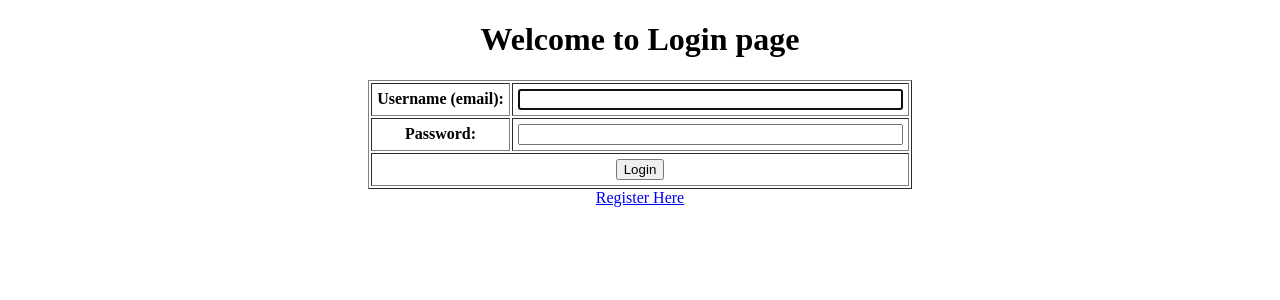
Repository: jrule5960/Tree-Cutting-Database
Page: http://localhost/database/
An editor plug-in stored every save of this project. The page is shown before and after the next save, followed by the edit.
The browser window is 1280 px wide. The pictures show the whole page.
The page is served by Tomcat 9. Other server files are loaded and not shown.

Above is the page before, as saved 2023-11-06 21:08:42.

### database/WebContent/login.jsp
<%@ page language="java" contentType="text/html; charset=ISO-8859-1"
    pageEncoding="ISO-8859-1"%>
<!DOCTYPE html>
<html>
<head>
<meta charset="ISO-8859-1">
<title>Login to Webpage</title>
</head>
<body>
 <center>	<h1> Welcome to Login page </h1> </center>
	<div align="center">
		<p> ${loginFailedStr} </p>
		<form action="login" method="post">
			<table border="1" cellpadding="5">
				<tr>
					<th>Username (email): </th>
					<td>
						<input type="text" name="email" size="45" autofocus>
					</td>
				</tr>
				<tr>
					<th>Password: </th>
					<td>
						<input type="password" name="password" size="45">
					</td>
				</tr>
				<tr>
					<td colspan="2" align="center">
						<input type="submit" value="Login"/>
					</td>
				</tr>
			</table>
			<a href="register.jsp" target="_self">Register Here</a>
		</form>
	</div>
</body>
</html>

After the next save:
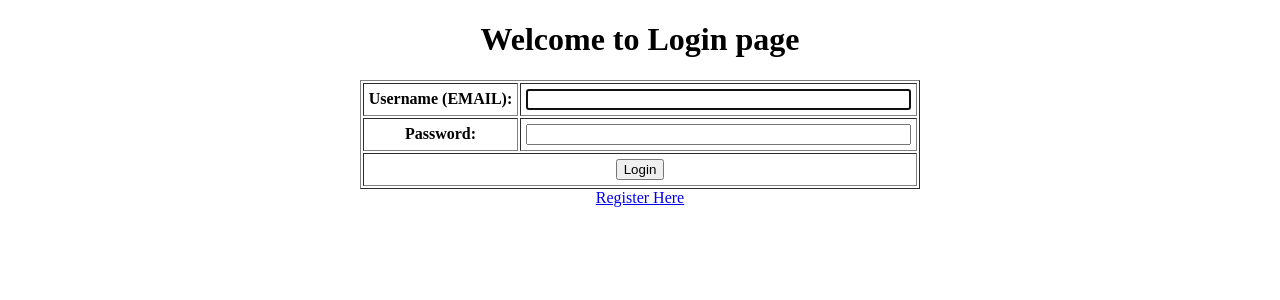
Saved 20 s later.
--- a/database/WebContent/login.jsp
+++ b/database/WebContent/login.jsp
@@ -4,7 +4,7 @@
 <html>
 <head>
 <meta charset="ISO-8859-1">
-<title>Login to Webpage</title>
+<title>Login to Database</title>
 </head>
 <body>
  <center>	<h1> Welcome to Login page </h1> </center>
@@ -13,7 +13,7 @@
 		<form action="login" method="post">
 			<table border="1" cellpadding="5">
 				<tr>
-					<th>Username (email): </th>
+					<th>Username (EMAIL): </th>
 					<td>
 						<input type="text" name="email" size="45" autofocus>
 					</td>
